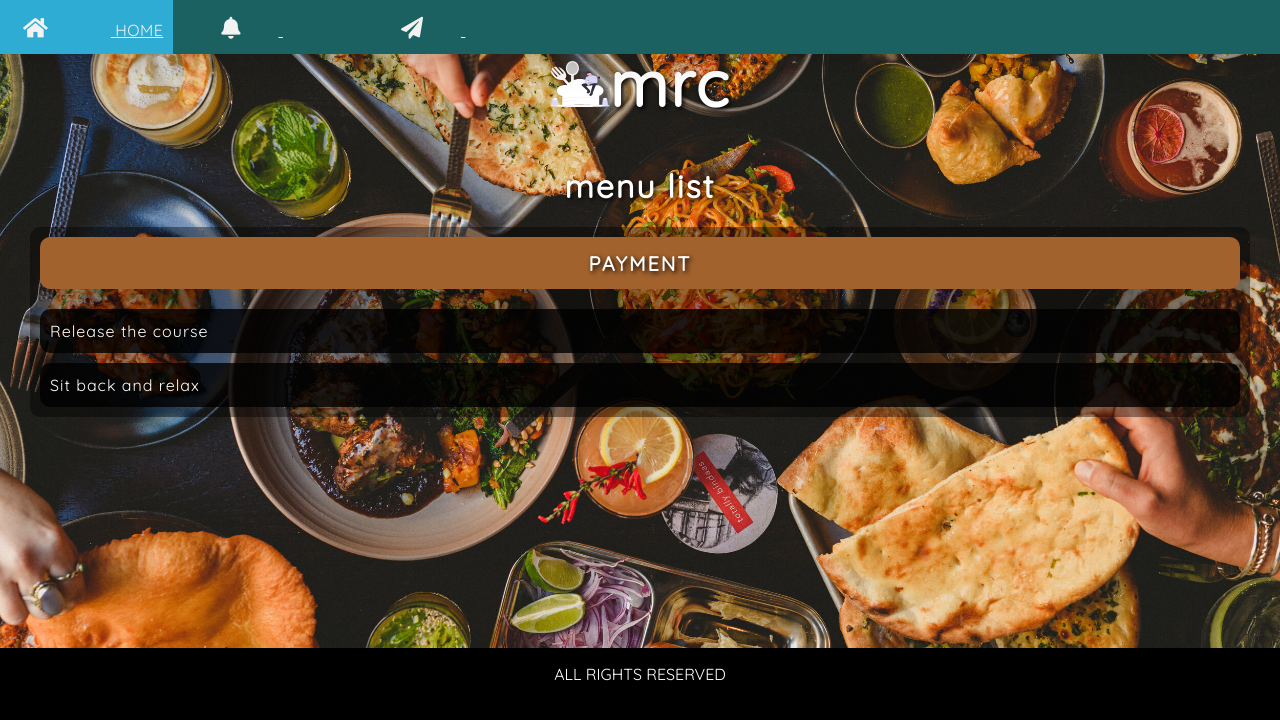
Repository: Anasooya2601/drag-and-drop
Page: home.html
The author's editor kept a copy of each file at every save. The page is drawn from the files as they stood at one save, then again after the next save.
The browser window is 1280 px wide. The pictures show the whole page.
Some web libraries are served in a nearby version.

Above is the page before, as saved 2021-02-15 23:30:56.
Console error: TypeError: Cannot set properties of null (setting 'textContent')

### home.html
<!DOCTYPE html>
<html lang="en">
<head>
    <meta charset="UTF-8">
    <meta name="viewport" content="width=device-width, initial-scale=1.0">
    <title>mrc</title>
    <link rel="icon" type="image/png" href="favicon.png">
    <link rel="stylesheet" href="style.css">
    <link rel="stylesheet"
      href="https://use.fontawesome.com/releases/v5.8.1/css/all.css"
      integrity="sha384-50oBUHEmvpQ+1lW4y57PTFmhCaXp0ML5d60M1M7uH2+nqUivzIebhndOJK28anvf"
      crossorigin="anonymous">
</head>
<body>
    <h1 class="main-title1"> <img src="mrc.svg" width="60px" alt="" srcset="">mrc</h1>

    <h1 class="main-title">menu list</h1>
    <!-- NAV -->
<nav>
    <ul>
        <li>
            <a href="#">
                <i class="fas fa-home"></i>
                <span>HOME</span>
            </a>
        </li>
        <li>
            <a href="alerts.html">
                <i class="fas fa-bell"></i>
                <span>ALERTS</span>
            </a>
        </li>
        <li>
            <a href="chat.html">
                <i class="fas fa-paper-plane"></i>
                <span>CHAT</span>
            </a>
        </li>
    </ul>
</nav>
<div class="drag-container">
    <ul class="drag-list">
        <!-- Backlog Column -->
        <li class="drag-column backlog-column">
            <span class="header">
                <h1>PAYMENT</h1>
            </span>
            <!-- Backlog Content -->
            <div id="backlog-content" class="custom-scroll">
                <ul class="drag-item-list" id="backlog-list" ondrop="drop(event)" ondragover="allowDrop(event)" ondragenter="dragEnter(0)"></ul>
            </div>










        </li>
    </ul>
</div>
















    <!-- FOOTER -->
    <div class="footer">
        <p>ALL RIGHTS RESERVED</p>
      </div>
        <!-- Script -->
        <script src="script.js"></script>
</body>
</html>

### style.css
/* Trees Image - Pexels: https://www.pexels.com/photo/photo-of-trees-in-forest-3801030/ */
@import url("https://fonts.googleapis.com/css?family=Quicksand&display=swap");

html {
  box-sizing: border-box;
}

:root {
  --column-1: #a2622d;
  --column-2: #1b6161;
  --column-3: #248224;
  --column-4: #a22d22;
}

body {
  margin: 0;
  background: url("./mrc.jpg");
  background-size: cover;
  background-position: 50% 60%;
  background-attachment: fixed;
  color: white;
  font-family: Quicksand, sans-serif;
  overflow-y: hidden;
}
nav{
  top: 0px;
  position:fixed;
  display:flex;
  background:#1b6161;
  height:7.5%;
  width: 100%;
  line-height:60px;
  overflow: hidden;
  box-shadow:0 0 40px rgba(0, 0, 0, 0.2);
}
nav ul{
  display: flex;
  text-align: center;
}
nav ul li{
  cursor: pointer;
  height: 100%;
  padding: 0 10px;
  transition: .4s;
}
nav ul li:hover{background:#2eacd3;}
nav ul li a{color: #f2f2f2;}
nav ul li a span{
  position:obsolute;
  letter-spacing:.5px;
  transform: translateX(-70px);
  opacity: 0;
  pointer-events: none;
  transition: .4s all;
}
nav ul li a i{
  font-size: 22px;
  margin: 0 38px;
  transition: .4s all;
}
nav ul li:hover a span{
  transform: translateX(-55px);
  opacity: 1;
  pointer-events: visible;
}
nav ul li:hover a i{transform: translateX(-25px);}
h1 {
  letter-spacing: 2px;
  text-shadow: 2px 2px 5px black;
}

.main-title {
  text-align: center;
  font-size: 3rem;
}
.main-title1 {
  text-align: center;
  font-size: 4rem;
}

ul {
  list-style-type: none;
  margin: 0;
  padding: 0;
}

.drag-container {
  margin: 20px;
}

.drag-list {
  display: flex;
  align-items: flex-start;
}

/* Columns */
.drag-column {
flex: 1;
  margin: 0 10px;
  position: relative;
  background-color: rgba(0, 0, 0, 0.4);
  border-radius: 10px;
  overflow-x: hidden;
}

.backlog-column .header,
.backlog-column .solid,
.backlog-column .solid:hover,
.backlog-column .over {
  background-color: var(--column-1);
}

.progress-column .header,
.progress-column .solid,
.progress-column .solid:hover,
.progress-column .over {
  background-color: var(--column-2);
}

.complete-column .header,
.complete-column .solid,
.complete-column .solid:hover,
.complete-column .over {
  background-color: var(--column-3);
}

.on-hold-column .header,
.on-hold-column .solid,
.on-hold-column .solid:hover,
.on-hold-column .over {
  background-color: var(--column-4);
}

/* Custom Scrollbar */
.custom-scroll {
  overflow-y: auto;
  max-height: 75vh;
}

.custom-scroll::-webkit-scrollbar-track {
  box-shadow: inset 0 0 6px rgba(0, 0, 0, 0.4);
  border-radius: 10px;
  background-color: rgba(255, 255, 255, 0.3);
  margin-right: 5px;
}

.custom-scroll::-webkit-scrollbar {
  width: 10px;
}

.custom-scroll::-webkit-scrollbar-thumb {
  border-radius: 10px;
  box-shadow: inset 0 0 6px rgba(0, 0, 0, 0.3);
  background-color: rgba(0, 0, 0, 0.8);
}

.header {
  display: flex;
  justify-content: center;
  border-radius: 10px;
  margin: 10px;
}

.header h1 {
  font-size: 1.25rem;
}

/* Drag and Drop */
.over {
  padding: 50px 10px;
}

.drag-item-list {
  min-height: 50px;
}

.drag-item {
  margin: 10px;
  padding: 10px;
  height: fit-content;
  background-color: rgba(0, 0, 0, 0.8);
  border-radius: 10px;
  line-height: 1.5rem;
  letter-spacing: 1px;
  cursor: pointer;
}

.drag-item:focus {
  outline: none;
  background-color: white;
  color: black;
}

/* Add Button Group */
.add-btn-group {
  display: flex;
  justify-content: space-between;
}

.add-btn {
  margin: 10px;
  padding: 5px 10px;
  display: flex;
  align-items: center;
  cursor: pointer;
  width: fit-content;
  border-radius: 5px;
  transition: all 0.3s ease-in;
  user-select: none;
}

.add-btn:hover {
  background-color: rgba(255, 255, 255, 0.9);
  color: black;
}

.add-btn:active {
  transform: scale(0.97);
}

.solid {
  display: none;
}

.solid:hover {
  transition: unset;
  filter: brightness(95%);
  color: white;
}

.plus-sign {
  font-size: 1.5rem;
  margin-right: 5px;
  position: relative;
  top: -3px;
}

.add-container {
  margin: 10px;
  padding: 5px 10px;
  border-radius: 10px;
  background-color: rgba(255, 255, 255, 0.9);
  min-height: 100px;
  display: none;
}

.add-item {
  width: 100%;
  min-height: 100px;
  height: auto;
  background-color: white;
  border-radius: 10px;
  margin: 5px auto;
  resize: none;
  color: black;
  padding: 10px;
}

.add-item:focus {
  outline: none;
}

/* Media Query: Laptop */
@media screen and (max-width: 1800px) {
  .main-title {
    font-size: 2rem;
  }
}

/* Media Query: Large Smartphone (Vertical) */
@media screen and (max-width: 600px) {
  body {
    overflow-y: auto;
  }

  .drag-container {
    margin: 0;
  }

  .drag-list {
    display: block;
  }

  .drag-column {
    margin: 10px;
  }
}

.footer {
  position: fixed;
  left: 0;
  bottom: 0;
  width: 100%;
  height: 10%;
  background-color: black;
  color: white;
  position: flex;
  text-align: center;
}

### script.js
const addBtns = document.querySelectorAll('.add-btn:not(.solid)');
const saveItemBtns = document.querySelectorAll('.solid');
const addItemContainers = document.querySelectorAll('.add-container');
const addItems = document.querySelectorAll('.add-item');
// Item Lists
const listColumns = document.querySelectorAll('.drag-item-list');
const backlogListEl = document.getElementById('backlog-list');
const progressListEl = document.getElementById('progress-list');
const completeListEl = document.getElementById('complete-list');
const onHoldListEl = document.getElementById('on-hold-list');

// Items
let updatedOnLoad = false;

// Initialize Arrays
let backlogListArray = [];
let progressListArray = [];
let completeListArray = [];
let onHoldListArray = [];
let listArrays = [];

// Drag Functionality
let draggedItem;
let dragging = false;
let currentColumn;

// Get Arrays from localStorage if available, set default values if not
function getSavedColumns() {
  if (localStorage.getItem('backlogItems')) {
    backlogListArray = JSON.parse(localStorage.backlogItems);
    progressListArray = JSON.parse(localStorage.progressItems);
    completeListArray = JSON.parse(localStorage.completeItems);
    onHoldListArray = JSON.parse(localStorage.onHoldItems);
  } else {
    backlogListArray = ['Release the course', 'Sit back and relax'];
    progressListArray = ['Work on projects', 'Listen to music'];
    completeListArray = ['Being cool', 'Getting stuff done'];
    onHoldListArray = ['Being uncool'];
  }
}

// Set localStorage Arrays
function updateSavedColumns() {
  listArrays = [backlogListArray, progressListArray, completeListArray, onHoldListArray];
  const arrayNames = ['backlog', 'progress', 'complete', 'onHold'];
  arrayNames.forEach((arrayName, index) => {
    localStorage.setItem(`${arrayName}Items`, JSON.stringify(listArrays[index]));
  });
}

// Filter Array to remove empty values
function filterArray(array) {
  const filteredArray = array.filter(item => item !== null);
  return filteredArray;
}

// Create DOM Elements for each list item
function createItemEl(columnEl, column, item, index) {
  // List Item
  const listEl = document.createElement('li');
  listEl.textContent = item;
  listEl.id = index;
  listEl.classList.add('drag-item');
  listEl.draggable = true;
  listEl.setAttribute('onfocusout', `updateItem(${index}, ${column})`);
  listEl.setAttribute('ondragstart', 'drag(event)');
  listEl.contentEditable = true;
  // Append
  columnEl.appendChild(listEl);
}

// Update Columns in DOM - Reset HTML, Filter Array, Update localStorage
function updateDOM() {
  // Check localStorage once
  if (!updatedOnLoad) {
    getSavedColumns();
  }
  // Backlog Column
  backlogListEl.textContent = '';
  backlogListArray.forEach((backlogItem, index) => {
    createItemEl(backlogListEl, 0, backlogItem, index);
  });
  backlogListArray = filterArray(backlogListArray);
  // Progress Column
  progressListEl.textContent = '';
  progressListArray.forEach((progressItem, index) => {
    createItemEl(progressListEl, 1, progressItem, index);
  });
  progressListArray = filterArray(progressListArray);
  // Complete Column
  completeListEl.textContent = '';
  completeListArray.forEach((completeItem, index) => {
    createItemEl(completeListEl, 2, completeItem, index);
  });
  completeListArray = filterArray(completeListArray);
  // On Hold Column
  onHoldListEl.textContent = '';
  onHoldListArray.forEach((onHoldItem, index) => {
    createItemEl(onHoldListEl, 3, onHoldItem, index);
  });
  onHoldListArray = filterArray(onHoldListArray);
  // Don't run more than once, Update Local Storage
  updatedOnLoad = true;
  updateSavedColumns();
}

// Update Item - Delete if necessary, or update Array value
function updateItem(id, column) {
  const selectedArray = listArrays[column];
  const selectedColumn = listColumns[column].children;
  if (!dragging) {
    if (!selectedColumn[id].textContent) {
      delete selectedArray[id];
    } else {
      selectedArray[id] = selectedColumn[id].textContent;
    }
    updateDOM();
  }
}

// Add to Column List, Reset Textbox
function addToColumn(column) {
  const itemText = addItems[column].textContent;
  const selectedArray = listArrays[column];
  selectedArray.push(itemText);
  addItems[column].textContent = '';
  updateDOM(column);
}

// Show Add Item Input Box
function showInputBox(column) {
  addBtns[column].style.visibility = 'hidden';
  saveItemBtns[column].style.display = 'flex';
  addItemContainers[column].style.display = 'flex';
}

// Hide Item Input Box
function hideInputBox(column) {
  addBtns[column].style.visibility = 'visible';
  saveItemBtns[column].style.display = 'none';
  addItemContainers[column].style.display = 'none';
  addToColumn(column);
}

// Allows arrays to reflect Drag and Drop items
function rebuildArrays() {
  backlogListArray = [];
  for (let i = 0; i < backlogListEl.children.length; i++) {
    backlogListArray.push(backlogListEl.children[i].textContent);
  }
  progressListArray = [];
  for (let i = 0; i < progressListEl.children.length; i++) {
    progressListArray.push(progressListEl.children[i].textContent);
  }
  completeListArray = [];
  for (let i = 0; i < completeListEl.children.length; i++) {
    completeListArray.push(completeListEl.children[i].textContent);
  }
  onHoldListArray = [];
  for (let i = 0; i < onHoldListEl.children.length; i++) {
    onHoldListArray.push(onHoldListEl.children[i].textContent);
  }
  updateDOM();
}

// When Item Enters Column Area
function dragEnter(column) {
  listColumns[column].classList.add('over');
  currentColumn = column;
}

// When Item Starts Dragging
function drag(e) {
  draggedItem = e.target;
  dragging = true;
}

// Column Allows for Item to Drop
function allowDrop(e) {
  e.preventDefault();
}

// Dropping Item in Column
function drop(e) {
  e.preventDefault();
  const parent = listColumns[currentColumn];
  // Remove Background Color/Padding
  listColumns.forEach((column) => {
    column.classList.remove('over');
  });
  // Add item to Column
  parent.appendChild(draggedItem);
  // Dragging complete
  dragging = false;
  rebuildArrays();
}

// On Load
updateDOM();

After the next save:
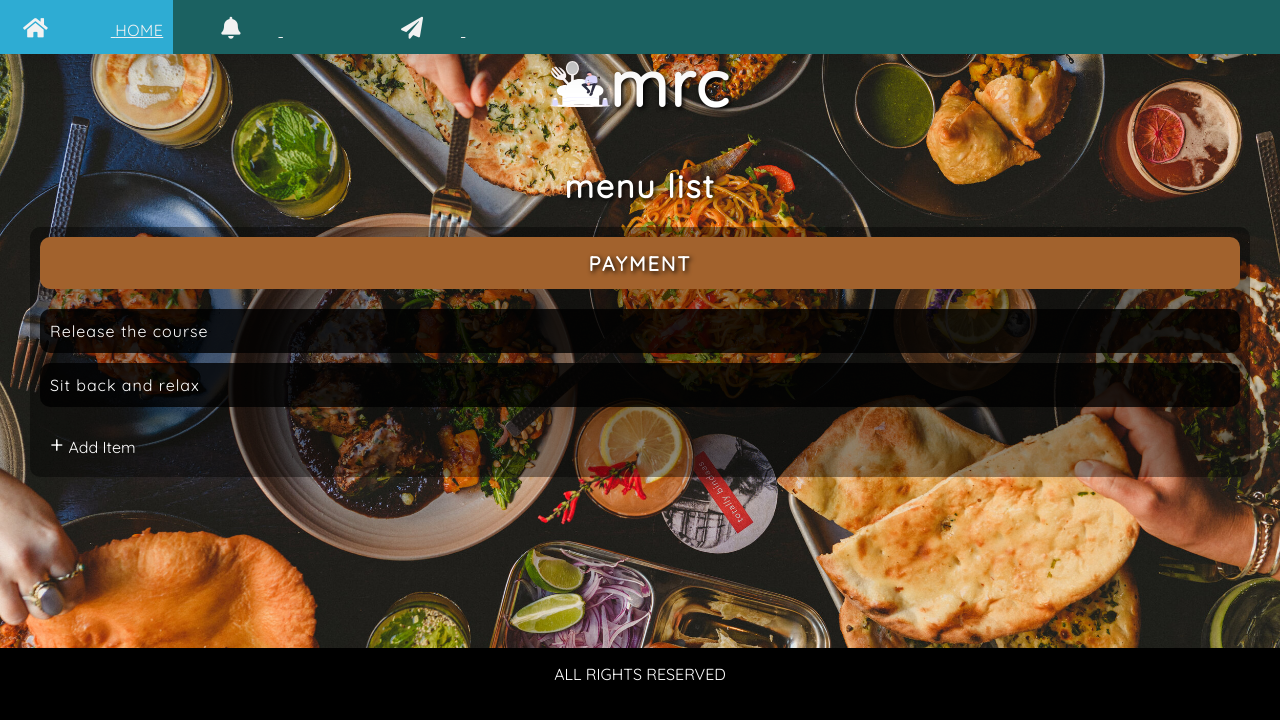
Saved 26 s later.
--- a/home.html
+++ b/home.html
@@ -49,7 +49,15 @@
             <div id="backlog-content" class="custom-scroll">
                 <ul class="drag-item-list" id="backlog-list" ondrop="drop(event)" ondragover="allowDrop(event)" ondragenter="dragEnter(0)"></ul>
             </div>
-
+            <div class="add-btn-group">
+                <div class="add-btn" onclick="showInputBox(1)">
+                    <span class="plus-sign">+</span>
+                    <span>Add Item</span>
+                </div>
+                <div class="add-btn solid" onclick="showInputBox(1)">
+                    <span>Proceed</span>
+                </div>
+            </div>
 
 
 
